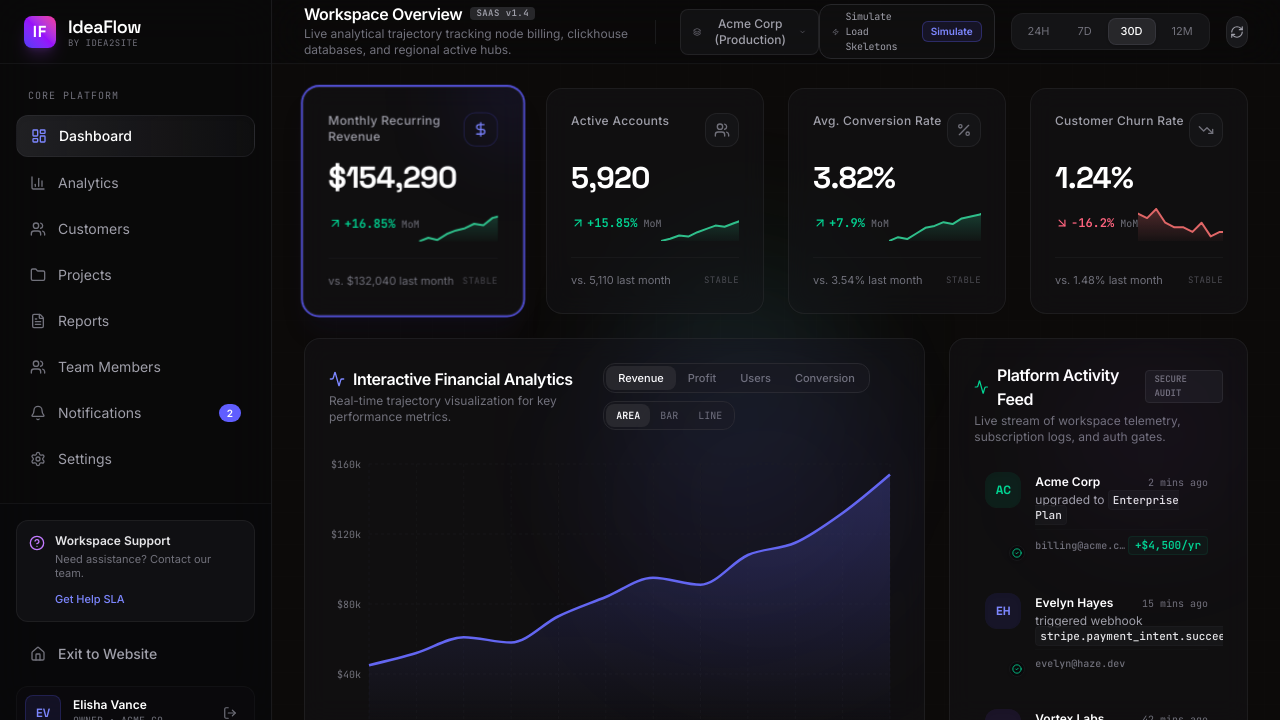
Repository: nanisam07/IdeaFlow
Page: /, after clicking the first element matching `div.group`
The author's editor kept a copy of each file at every save. The page is drawn from the files as they stood at one save, then again after the next save.
The browser window is 1280 px wide. The pictures show the whole page.
An inner scrolling area shows only its first screen. The project was rebuilt for these pictures with package versions that can differ from the ones it lists, and the page was loaded fresh each time. Also part of the build but not shown: vite.config.ts, src/pages/LoginPage.tsx, src/pages/AnalyticsPage.tsx, src/pages/CustomersPage.tsx, src/pages/ProjectsPage.tsx, src/pages/ReportsPage.tsx, src/pages/TeamPage.tsx, src/pages/NotificationsPage.tsx and 2 more.

Above is the page before, as saved 2026-06-05 10:33:13.

### index.html
<!doctype html>
<html lang="en">
  <head>
    <meta charset="UTF-8" />

    <link rel="icon" type="image/png" href="/logo/favicon.png" />

    <meta name="viewport" content="width=device-width, initial-scale=1.0" />

    <title>IdeaFlow - Turn Data Into Decisions</title>
  </head>

  <body>
    <div id="root"></div>
    <script type="module" src="/src/main.tsx"></script>
  </body>
</html>

### src/main.tsx
import {StrictMode} from 'react';
import {createRoot} from 'react-dom/client';
import App from './App.tsx';
import './index.css';

createRoot(document.getElementById('root')!).render(
  <StrictMode>
    <App />
  </StrictMode>,
);

### src/index.css
@import url('https://fonts.googleapis.com/css2?family=Inter:wght@300;400;500;600;700&family=JetBrains+Mono:wght@400;500;600&family=Space+Grotesk:wght@400;500;600;700&display=swap');
@import "tailwindcss";

@theme {
  --font-sans: "Inter", ui-sans-serif, system-ui, sans-serif;
  --font-display: "Space Grotesk", sans-serif;
  --font-mono: "JetBrains Mono", ui-monospace, SFMono-Regular, monospace;
}

/* Custom premium transitions & animations */
@layer utilities {
  .glass-card {
    background: rgba(24, 24, 27, 0.45);
    backdrop-filter: blur(12px);
    -webkit-backdrop-filter: blur(12px);
    border: 1px solid rgba(255, 255, 255, 0.06);
  }

  .glass-card-light {
    background: rgba(255, 255, 255, 0.45);
    backdrop-filter: blur(12px);
    -webkit-backdrop-filter: blur(12px);
    border: 1px solid rgba(0, 0, 0, 0.05);
  }

  .glass-card-hover {
    transition: all 0.3s cubic-bezier(0.16, 1, 0.3, 1);
  }

  .glass-card-hover:hover {
    transform: translateY(-2px);
    box-shadow: 0 12px 30px rgba(0, 0, 0, 0.25);
    border-color: rgba(255, 255, 255, 0.12);
    background: rgba(24, 24, 27, 0.6);
  }

  /* Thin sleek scrollbars */
  ::-webkit-scrollbar {
    width: 6px;
    height: 6px;
  }

  ::-webkit-scrollbar-track {
    background: transparent;
  }

  ::-webkit-scrollbar-thumb {
    background: rgba(255, 255, 255, 0.15);
    border-radius: 9999px;
  }

  ::-webkit-scrollbar-thumb:hover {
    background: rgba(255, 255, 255, 0.25);
  }
}

body {
  font-family: var(--font-sans);
  background-color: #0c0a09; /* Deep Warm Stone Gray / Pitch Black */
  color: #f5f5f4;
  overflow-x: hidden;
}

/* Smooth custom glow highlights */
.glow-spot {
  position: absolute;
  width: 400px;
  height: 400px;
  border-radius: 9999px;
  background: radial-gradient(circle, rgba(99, 102, 241, 0.12) 0%, rgba(99, 102, 241, 0) 70%);
  filter: blur(40px);
  pointer-events: none;
  z-index: 0;
}

.glow-spot-indigo {
  background: radial-gradient(circle, rgba(129, 140, 248, 0.1) 0%, rgba(129, 140, 248, 0) 65%);
}

.glow-spot-emerald {
  background: radial-gradient(circle, rgba(52, 211, 153, 0.08) 0%, rgba(52, 211, 153, 0) 65%);
}

.clip-path-grid {
  background-image:
    linear-gradient(rgba(255, 255, 255, 0.03) 1px, transparent 1px),
    linear-gradient(90deg, rgba(255, 255, 255, 0.03) 1px, transparent 1px);
  background-size: 32px 32px;
}

### src/components/Sidebar.tsx
import React from 'react';
import {
  LayoutDashboard,
  BarChart3,
  Users,
  Folder,
  FileText,
  Bell,
  Settings,
  LogOut,
  Home,
  HelpCircle,
  TrendingUp,
} from 'lucide-react';

interface SIDEBAR_PROPS {
  activeTab: string;
  setActiveTab: (tab: string) => void;
  onExit: () => void;
  unreadCount: number;
}

export default function Sidebar({ activeTab, setActiveTab, onExit, unreadCount }: SIDEBAR_PROPS) {
  const menuItems = [
    { id: 'dashboard', label: 'Dashboard', icon: LayoutDashboard },
    { id: 'analytics', label: 'Analytics', icon: BarChart3 },
    { id: 'customers', label: 'Customers', icon: Users },
    { id: 'projects', label: 'Projects', icon: Folder },
    { id: 'reports', label: 'Reports', icon: FileText },
    { id: 'team', label: 'Team Members', icon: PersonnelIcon }, // fall back helper
    { id: 'notifications', label: 'Notifications', icon: Bell, count: unreadCount },
    { id: 'settings', label: 'Settings', icon: Settings },
  ];

  // Map personnel icon safely
  function PersonnelIcon(props: any) {
    return (
      <svg
        xmlns="http://www.w3.org/2000/svg"
        viewBox="0 0 24 24"
        fill="none"
        stroke="currentColor"
        strokeWidth="2"
        strokeLinecap="round"
        strokeLinejoin="round"
        {...props}
      >
        <path d="M16 21v-2a4 4 0 0 0-4-4H6a4 4 0 0 0-4 4v2" />
        <circle cx="9" cy="7" r="4" />
        <path d="M22 21v-2a4 4 0 0 0-3-3.87" />
        <path d="M16 3.13a4 4 0 0 1 0 7.75" />
      </svg>
    );
  }

  return (
    <aside className="w-68 h-full bg-zinc-950/80 border-r border-zinc-800/60 flex flex-col justify-between backdrop-blur-xl relative z-20">
      {/* Top Section */}
      <div>
        {/* Brand/Logo Header */}
        <div className="h-16 flex items-center px-6 border-b border-zinc-800/40">
          <div className="flex items-center space-x-3">
            {/* Elegant futuristic hexagon brand icon */}
            <div className="w-8 h-8 rounded-lg bg-gradient-to-tr from-indigo-600 via-purple-600 to-pink-500 flex items-center justify-center shadow-lg shadow-purple-500/20">
              <span className="font-display font-bold text-white text-base tracking-wider">IF</span>
            </div>
            <div>
              <span className="font-display font-semibold text-white tracking-tight text-lg">IdeaFlow</span>
              <span className="block text-[9px] text-zinc-500 -mt-1 font-mono tracking-wider">BY IDEA2SITE</span>
            </div>
          </div>
        </div>

        {/* Navigation Tabs */}
        <div className="py-6 px-4 space-y-1.5 select-none">
          <p className="px-3 text-[10px] font-mono tracking-widest text-zinc-500 uppercase mb-3">Core Platform</p>
          {menuItems.map((item) => {
            const Icon = item.icon;
            const isActive = activeTab === item.id;
            return (
              <button
                key={item.id}
                id={`sidebar-item-${item.id}`}
                onClick={() => setActiveTab(item.id)}
                className={`w-full flex items-center justify-between px-3.5 py-2.5 rounded-xl transition-all duration-200 text-sm group ${
                  isActive
                    ? 'bg-gradient-to-r from-zinc-800/80 to-zinc-900/40 text-white font-medium shadow-inner border border-zinc-700/30'
                    : 'text-zinc-400 hover:text-white hover:bg-zinc-900/50'
                }`}
              >
                <div className="flex items-center space-x-3">
                  <Icon
                    className={`w-4 h-4 transition-transform duration-300 group-hover:scale-105 ${
                      isActive ? 'text-indigo-400' : 'text-zinc-500 group-hover:text-zinc-300'
                    }`}
                  />
                  <span>{item.label}</span>
                </div>
                {item.count && item.count > 0 ? (
                  <span className="bg-indigo-500 text-white text-[10px] font-semibold px-2 py-0.5 rounded-full filter saturate-110">
                    {item.count}
                  </span>
                ) : null}
              </button>
            );
          })}
        </div>
      </div>

      {/* Bottom Section */}
      <div className="p-4 border-t border-zinc-800/40 space-y-3 bg-zinc-950/40">
        {/* Support Card */}
        <div className="bg-zinc-900/60 border border-zinc-800/60 rounded-xl p-3">
          <div className="flex items-start space-x-2.5">
            <HelpCircle className="w-4 h-4 text-purple-400 shrink-0 mt-0.5" />
            <div className="space-y-1">
              <span className="text-xs font-semibold text-zinc-200 block">Workspace Support</span>
              <span className="text-[11px] text-zinc-500 block leading-tight">Need assistance? Contact our team.</span>
              <a
                href="#support"
                className="text-[11px] text-indigo-400 hover:text-indigo-300 inline-block font-medium hover:underline mt-1"
              >
                Get Help SLA
              </a>
            </div>
          </div>
        </div>

        {/* Navigation Action Helpers */}
        <button
          onClick={onExit}
          className="w-full flex items-center space-x-3 px-3.5 py-2.5 rounded-xl text-zinc-400 hover:text-rose-400 hover:bg-rose-500/5 transition-all text-sm font-medium group"
        >
          <Home className="w-4 h-4 text-zinc-500 group-hover:text-rose-400/80 transition-colors" />
          <span>Exit to Website</span>
        </button>

        {/* User Card */}
        <div className="flex items-center space-x-3 p-2 bg-zinc-900/20 border border-zinc-800/30 rounded-xl">
          <div className="w-9 h-9 rounded-lg bg-indigo-500/10 border border-indigo-500/20 text-indigo-400 flex items-center justify-center font-display font-semibold text-xs select-none">
            EV
          </div>
          <div className="flex-1 overflow-hidden select-none">
            <span className="text-xs font-semibold text-white block truncate">Elisha Vance</span>
            <span className="text-[10px] text-zinc-500 block truncate font-mono">OWNER • ACME CO</span>
          </div>
          <button
            onClick={onExit}
            title="Sign Out"
            className="w-8 h-8 rounded-lg flex items-center justify-center text-zinc-500 hover:text-white hover:bg-zinc-800/50 transition-colors"
          >
            <LogOut className="w-3.5 h-3.5" />
          </button>
        </div>
      </div>
    </aside>
  );
}

### src/components/KPICards.tsx
import React from 'react';
import {
  DollarSign,
  Users,
  Percent,
  TrendingDown,
  ArrowUpRight,
  ArrowDownRight,
} from 'lucide-react';
import { KPI_CARD_DATA } from '../types';

interface KPI_CARDS_PROPS {
  kpis: KPI_CARD_DATA[];
  onSelectKpi: (id: string) => void;
  selectedKpi: string;
}

export default function KPICards({ kpis, onSelectKpi, selectedKpi }: KPI_CARDS_PROPS) {
  // Map strings to Lucide Icons safely
  const iconMap: { [key: string]: any } = {
    DollarSign,
    Users,
    Percent,
    TrendingDown,
  };

  // Generate minimalist sparkline points safely
  function getSparklinePoints(data: number[], width: number, height: number): string {
    const min = Math.min(...data);
    const max = Math.max(...data);
    const range = max - min || 1;

    return data
      .map((val, idx) => {
        const x = (idx / (data.length - 1)) * width;
        const y = height - ((val - min) / range) * (height * 0.8) - height * 0.1;
        return `${x.toFixed(1)},${y.toFixed(1)}`;
      })
      .join(' ');
  }

  return (
    <div className="grid grid-cols-1 sm:grid-cols-2 lg:grid-cols-4 gap-6 select-none">
      {kpis.map((kpi) => {
        const Icon = iconMap[kpi.icon] || DollarSign;
        const isSelected = selectedKpi === kpi.id;
        const isPositive = kpi.change > 0;
        const width = 100;
        const height = 40;
        const points = getSparklinePoints(kpi.sparkline, width, height);
        const strokeColor = isPositive ? '#34d399' : '#f87171'; // emerald or rose hexes
        const fillGradientId = `gradient-${kpi.id}`;

        return (
          <div
            key={kpi.id}
            id={`kpi-card-${kpi.id}`}
            onClick={() => onSelectKpi(kpi.id)}
            className={`glass-card p-6 rounded-2xl border transition-all duration-300 relative overflow-hidden flex flex-col justify-between cursor-pointer ${
              isSelected
                ? 'ring-2 ring-indigo-500/80 border-indigo-500/40 bg-zinc-900/80 scale-[1.01] shadow-xl shadow-indigo-950/20'
                : 'border-zinc-800/40 hover:border-zinc-700/60 hover:bg-zinc-900/50'
            }`}
          >
            {/* Ambient Background Gradient Spot for Selected Card */}
            {isSelected && (
              <div className="absolute -right-12 -top-12 w-28 h-28 bg-indigo-600/10 rounded-full blur-2xl pointer-events-none" />
            )}

            {/* Top Row: Title & Action Block */}
            <div className="flex justify-between items-start">
              <div>
                <p className="text-xs font-medium text-zinc-400 font-sans tracking-wide">
                  {kpi.title}
                </p>
              </div>
              <div className={`p-2 rounded-xl border ${
                isSelected
                  ? 'bg-zinc-850 border-indigo-500/20 text-indigo-400'
                  : 'bg-zinc-900/60 border-zinc-800/80 text-zinc-500'
              }`}>
                <Icon className="w-4 h-4" />
              </div>
            </div>

            {/* Stat Row */}
            <div className="mt-4">
              <h3 className="text-3xl font-display font-bold text-white tracking-tight leading-none">
                {kpi.value}
              </h3>

              {/* Sparkline & Trend indicators */}
              <div className="flex items-center justify-between mt-3">
                <div className="flex items-center space-x-1.5 font-mono">
                  <span className={`text-xs font-semibold flex items-center ${
                    isPositive ? 'text-emerald-400' : 'text-rose-400'
                  }`}>
                    {isPositive ? (
                      <ArrowUpRight className="w-3.5 h-3.5 mr-0.5 shrink-0" />
                    ) : (
                      <ArrowDownRight className="w-3.5 h-3.5 mr-0.5 shrink-0" />
                    )}
                    {isPositive ? '+' : ''}
                    {kpi.change}%
                  </span>
                  <span className="text-[10px] text-zinc-500">MoM</span>
                </div>

                {/* Minimalist Vector SVG Sparkline (No Heavy Library overhead for sparkline widgets) */}
                <div className="w-[100px] h-[36px] overflow-hidden opacity-90">
                  <svg width={width} height={height} className="overflow-visible">
                    <defs>
                      <linearGradient id={fillGradientId} x1="0" y1="0" x2="0" y2="1">
                        <stop offset="0%" stopColor={strokeColor} stopOpacity="0.3" />
                        <stop offset="100%" stopColor={strokeColor} stopOpacity="0" />
                      </linearGradient>
                    </defs>
                    {/* Shaded Area */}
                    <path
                      d={`M 0,${height} L ${points} L ${width},${height} Z`}
                      fill={`url(#${fillGradientId})`}
                      stroke="none"
                    />
                    {/* Sparkline stroke */}
                    <polyline
                      fill="none"
                      stroke={strokeColor}
                      strokeWidth="2"
                      strokeLinecap="round"
                      strokeLinejoin="round"
                      points={points}
                    />
                  </svg>
                </div>
              </div>
            </div>

            {/* Subtext description footer */}
            <div className="mt-4 pt-3.5 border-t border-zinc-800/40 flex items-center justify-between text-[11px] text-zinc-500">
              <span className="truncate">{kpi.subtext}</span>
              <span className="text-[9px] font-mono tracking-wider opacity-60">STABLE</span>
            </div>
          </div>
        );
      })}
    </div>
  );
}

### src/components/RecentActivity.tsx
import React from 'react';
import { RECENT_ACTIVITIES } from '../data';
import { Activity, CheckCircle2, XCircle, AlertCircle, RefreshCw } from 'lucide-react';

export default function RecentActivity() {
  return (
    <div className="glass-card p-6 rounded-2xl border border-zinc-800/45 relative overflow-hidden flex flex-col justify-between h-full">
      {/* Background glow shadow spot */}
      <div className="absolute top-0 right-0 w-48 h-48 bg-purple-500/5 rounded-full blur-3xl pointer-events-none" />

      {/* Widget Header */}
      <div>
        <div className="flex items-center justify-between">
          <div className="flex items-center space-x-2">
            <Activity className="w-4 h-4 text-emerald-400" />
            <h3 className="text-base font-semibold text-white tracking-tight">
              Platform Activity Feed
            </h3>
          </div>
          <span className="px-2 py-0.5 rounded text-[9px] font-mono font-bold bg-zinc-900 border border-zinc-800 text-zinc-500">
            SECURE AUDIT
          </span>
        </div>
        <p className="text-xs text-zinc-500 mt-0.5">
          Live stream of workspace telemetry, subscription logs, and auth gates.
        </p>
      </div>

      {/* Activity List Container */}
      <div className="mt-4 space-y-3.5 h-88 overflow-y-auto pr-1">
        {RECENT_ACTIVITIES.map((act) => {
          return (
            <div
              key={act.id}
              className="group flex gap-3.5 p-2.5 rounded-xl border border-transparent hover:border-zinc-800/60 hover:bg-zinc-900/30 transition-all duration-200"
            >
              {/* User Avatar Roundel OR Initials */}
              <div className="relative shrink-0">
                <div className={`w-9 h-9 rounded-xl flex items-center justify-center font-display font-bold text-xs shadow-inner uppercase select-none ${act.user.color}`}>
                  {act.user.initials}
                </div>
                {/* Micro operational status dot */}
                <span className="absolute -bottom-1 -right-1 flex h-4 w-4 rounded-full bg-zinc-950 items-center justify-center border border-zinc-900 shadow">
                  {act.status === 'success' ? (
                    <CheckCircle2 className="w-2.5 h-2.5 text-emerald-400" />
                  ) : act.status === 'failed' ? (
                    <XCircle className="w-2.5 h-2.5 text-rose-400" />
                  ) : (
                    <AlertCircle className="w-2.5 h-2.5 text-amber-400" />
                  )}
                </span>
              </div>

              {/* Activity description */}
              <div className="flex-1 min-w-0 py-0.5">
                <div className="flex items-baseline justify-between gap-2">
                  <span className="text-xs font-semibold text-white truncate hover:underline cursor-pointer block">
                    {act.user.name}
                  </span>
                  <span className="text-[10px] font-mono text-zinc-500 shrink-0">
                    {act.time}
                  </span>
                </div>

                <p className="text-xs text-zinc-400 mt-0.5 font-sans leading-tight">
                  {act.action}{' '}
                  <span className="text-zinc-200 font-medium font-mono text-[11px] bg-zinc-900/80 px-1 py-0.5 rounded border border-zinc-800/40">
                    {act.target}
                  </span>
                </p>

                {/* Email detail and metrics subline if amount exists */}
                <div className="flex items-center justify-between mt-1.5 pt-1.5 border-t border-zinc-900/40 text-[10px] text-zinc-500">
                  <span className="truncate font-mono font-medium">{act.user.email}</span>
                  {act.amount && (
                    <span className="font-semibold text-emerald-400 font-mono text-[11px] bg-emerald-500/5 px-1.5 py-0.2 rounded border border-emerald-500/10">
                      {act.amount}
                    </span>
                  )}
                </div>
              </div>
            </div>
          );
        })}
      </div>

      {/* Footer loading ticker */}
      <div className="mt-4 pt-3.5 border-t border-zinc-805/40 flex items-center justify-between text-[11px] text-zinc-500">
        <span className="flex items-center space-x-1 font-mono">
          <RefreshCw className="w-2.5 h-2.5 text-zinc-600 animate-spin mr-1" />
          <span>LISTENING ON SOCKET: 3000</span>
        </span>
        <span className="hover:underline cursor-pointer text-indigo-400 font-semibold font-sans">
          Audit Ledger &rarr;
        </span>
      </div>
    </div>
  );
}

Loaded but not shown: src/pages/LandingPage.tsx (462 lines, source omitted); src/data.ts (501 lines, source omitted); src/App.tsx (317 lines, source omitted); src/components/RevenueChart.tsx (274 lines, source omitted); src/components/WorldMapWidget.tsx (178 lines, source omitted); src/components/TopBar.tsx (155 lines, source omitted)

After the next save:
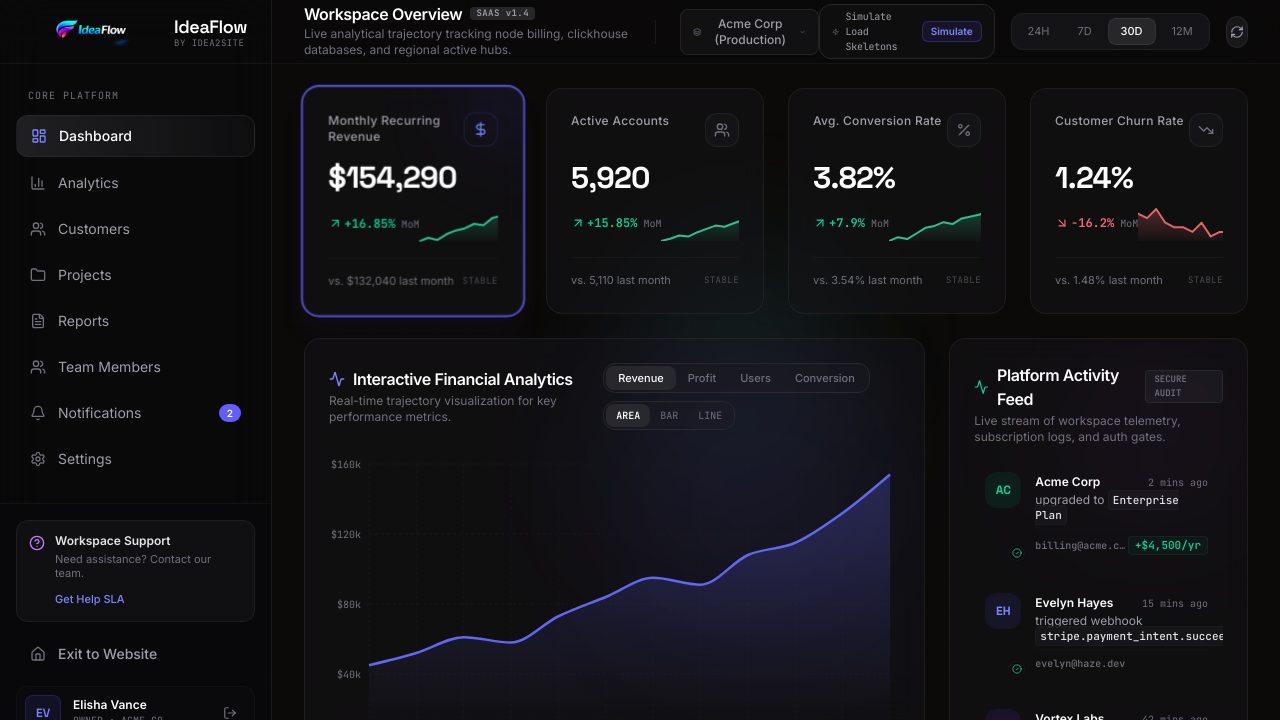
Saved 3 min 4 s later.
--- a/src/components/Sidebar.tsx
+++ b/src/components/Sidebar.tsx
@@ -61,9 +61,13 @@
         <div className="h-16 flex items-center px-6 border-b border-zinc-800/40">
           <div className="flex items-center space-x-3">
             {/* Elegant futuristic hexagon brand icon */}
-            <div className="w-8 h-8 rounded-lg bg-gradient-to-tr from-indigo-600 via-purple-600 to-pink-500 flex items-center justify-center shadow-lg shadow-purple-500/20">
-              <span className="font-display font-bold text-white text-base tracking-wider">IF</span>
-            </div>
+            <div className="flex items-center gap-4">
+  <img
+    src="/logo/ideaflow-logo.png"
+    alt="IdeaFlow"
+    className="h-40 w-auto object-contain"
+  />
+</div>
             <div>
               <span className="font-display font-semibold text-white tracking-tight text-lg">IdeaFlow</span>
               <span className="block text-[9px] text-zinc-500 -mt-1 font-mono tracking-wider">BY IDEA2SITE</span>
